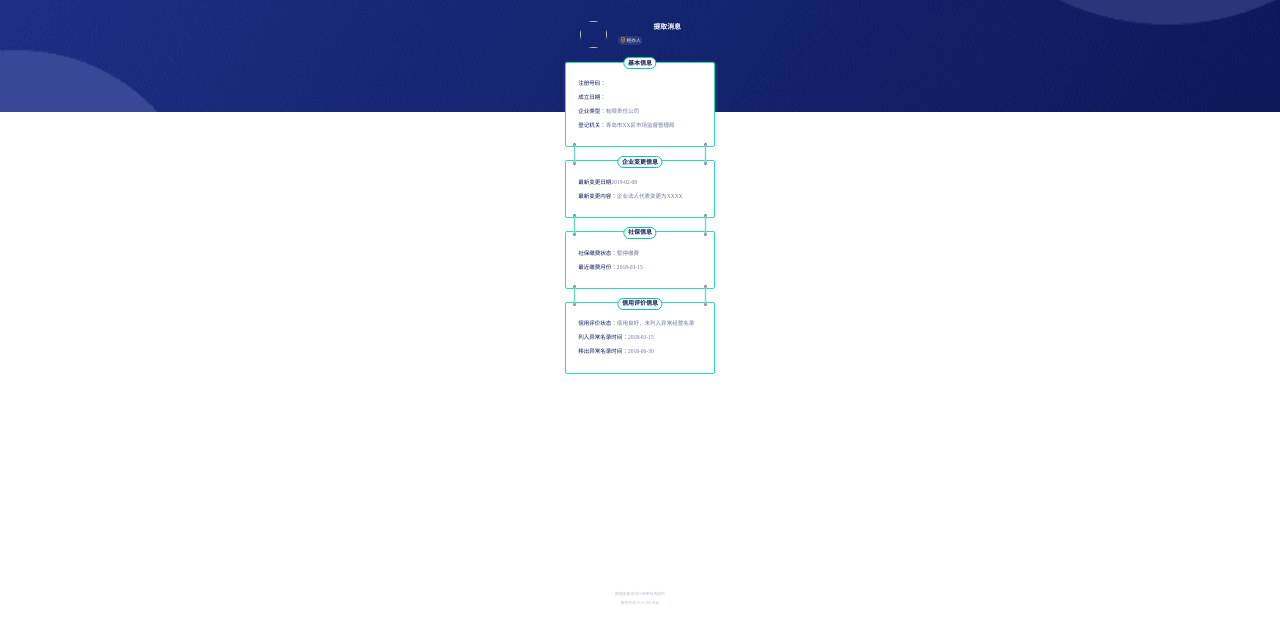
Repository: zlpstart/qingdao-new
Page: /Record
The author's editor kept a copy of each file at every save. The page is drawn from the files as they stood at one save, then again after a run of saves.
The browser window is 1280 px wide. The pictures show the whole page.
The page's requests for data from a server got no answer. Some web fonts or font styles are not loaded; a fallback is used. The project was rebuilt for these pictures with package versions that can differ from the ones it lists, and the page was loaded fresh each time. No one was signed in, and anything a server would have sent is missing. Also part of the build but not shown: src/components/MySpace.vue, src/components/Home.vue, src/components/Enterprise.vue, src/components/Opinion.vue, src/components/Opinion2.vue, src/components/Car.vue, src/components/House.vue, src/components/License.vue and 5 more.

Above is the page before, as saved 2019-09-22 21:52:53.

### public/index.html
<!DOCTYPE html>
<html lang="en">
  <head>
    <meta charset="utf-8">
    <meta http-equiv="X-UA-Compatible" content="IE=edge">
    <meta name="viewport" content="width=device-width,initial-scale=1.0">
    <link rel="icon" href="<%= BASE_URL %>favicon.ico">
    <title></title>
  </head>
  <body>
    <noscript>
      <strong>We're sorry but zlp doesn't work properly without JavaScript enabled. Please enable it to continue.</strong>
    </noscript>
    <div id="app"></div>
    <!-- built files will be auto injected -->
  </body>
</html>

### src/main.js
import Vue from 'vue'
import './plugins/axios'
import App from './App.vue'
import 'lib-flexible'
import router from './router'
import axios from 'axios'


//vuex
import vuex from 'vuex'
Vue.use(vuex)



import 'babel-polyfill'
import Es6Promise from 'es6-promise'
import store from './store'
require('es6-promise').polyfill()
Es6Promise.polyfill()

Vue.config.productionTip = false
Vue.prototype.$ajax = axios


// import VueWechatTitle from 'vue-wechat-title'
// Vue.use(VueWechatTitle)


// 根据路由设置标题
router.beforeEach((to, from, next) => {
  /*路由发生改变修改页面的title */
  if(to.meta.title) {
    document.title = to.meta.title
  }
  next();
})


new Vue({
  router,
  store,
  render: h => h(App)
}).$mount('#app')

### src/App.vue
<template>
  <div id="app">
    <router-view></router-view>
  </div>
</template>

<script>
export default {
  data(){
    return {

    }
  },
}
</script>


<style>
* {
  padding: 0;
  margin:0;
}
  @font-face {
    font-family:'avenir';
    src:url('./assets/NotoSansHans-Medium.otf')
  }
  h1,h2,h3,h4,h5,h6,span,b,i,li,p {
    font-family: avenir
  }
</style>

### src/router.js
import Vue from 'vue'
import Router from 'vue-router'
import MySpace from './components/MySpace'
import Home from './components/Home'
import Enterprise from './components/Enterprise'
import Opinion from './components/Opinion'
import Opinion2 from './components/Opinion2'
import Record from './components/Record'
import Car from './components/Car'
import House from './components/House'
import License from './components/License'
import License2 from './components/License2'
import Footprint from './components/Footprint'
import Record2 from './components/Record2'
import Footprint2 from './components/Footprint2'
import NotFound from './components/NotFound'


Vue.use(Router)

export default new Router({
  mode: 'history',
  routes: [
    {
      path: '/',
      name: 'MySpace',
      component:MySpace,
      meta:{title:'青岛政务通'}
    },
    {
      path: '/Home',
      name: 'Home',
      component:Home,
      meta:{title:'导航栏'}
    },
    {
      path: '/Opinion',
      name: 'Opinion',
      component:Opinion,
      meta:{title:'意见反馈'}
    },
    {
      path: '/Enterprise',
      name: 'Enterprise',
      component:Enterprise,
      meta:{title:'企业空间'}
    },
    {
      path: '/Opinion2',
      name: 'Opinion2',
      component:Opinion2,
      meta:{title:'企业意见反馈'}
    },
    {
      path: '/Record',
      name: 'Record',
      component:Record,
      meta:{title:'我的档案'}
    },
    {
      path: '/Car',
      name: 'Car',
      component:Car,
      meta:{title:'车辆登记信息'}
    },
    {
      path: '/House',
      name: 'House',
      component:House,
      meta:{title:'房屋登记信息'}
    },
    {
      path: '/License',
      name: 'License',
      component:License,
      meta:{title:'我的证照'}
    },
    {
      path: '/Footprint',
      name: 'Footprint',
      component:Footprint,
      meta:{title:'我的足迹'}
    },
    {
      path: '/Record2',
      name: 'Record2',
      component:Record2,
      meta:{title:'企业档案'}
    },
    {
      path: '/Footprint2',
      name: 'Footprint2',
      component:Footprint2,
      meta:{title:'企业足迹'}
    },
    {
      path: '/License2',
      name: 'License2',
      component:License2,
      meta:{title:'企业证照'}
    },
    { /* 404必须是最后一个路由 */
      name: '404',
      path: '*',
      meta: {
          title: '找不到页面'
      },
      component: NotFound
  }
  ]
})

### src/store/index.js
import Vue from 'vue'
import Vuex from 'vuex'
import user from './modules/user'

Vue.use(Vuex)

export default new Vuex.Store({
    modules:{
        user
    }
})

### src/components/Record.vue
<template>
  <div>
    <!-- 个人档案 -->
    <div class="Record" v-if="!show">
      <TopBar></TopBar>
      <div class="header">
        <div class="header_wrap">
          <div class="header_left">
            <img :src="allUser.imgAddr" />
          </div>
          <div class="header_right">
            <div class="header_right_p">
              <p>{{allUser.realName}}</p>
              <p @click="extract">提取消息</p>
            </div>
            <div class="header_right_span">
              <span>
                <img src="../assets/认证.png" alt />
                认证用户
              </span>
              <span>
                <img src="../assets/实名.png" alt />
                已实名
              </span>
            </div>
          </div>
        </div>
      </div>
      <div class="Record_content_box">
        <div :class="{legal_content:changeClass,legal2_content:changeStyle}">
          <div class="legal_title">
            <h1>基本信息</h1>
          </div>
          <ul v-if="tiqu">
            <li>
              <b>身份证号：</b>
              {{allUser.idCode}}
            </li>
            <li>
              <b>手机号码：</b>
              {{allUser.mobile}}
            </li>
            <li>
              <b>户籍地址：</b>中国广东省深圳市宝山区示范新村307号
            </li>
            <li>
              <b>婚姻状况：</b>已婚
            </li>
          </ul>
          <div class="checkbox" v-if="changeStyle">
            <input type="checkbox" v-model="box" value="基本信息" />
          </div>
        </div>
        <div :class="{legal_content:changeClass,legal2_content:changeStyle}">
          <div class="decorate">
            <div class="decorate_left"></div>
            <div class="decorate_right"></div>
          </div>
          <div class="legal_title">
            <h1>资产信息</h1>
          </div>
          <ul v-if="tiqu">
            <li>
              <b>车辆信息：</b>2345986538728485643
            </li>
            <li>
              <b>房产交易登记：</b>18080836752
            </li>
          </ul>
          <div class="checkbox" v-if="changeStyle">
            <input type="checkbox" v-model="box" value="资产信息" />
          </div>
        </div>
        <div :class="{legal_content:changeClass,legal2_content:changeStyle}">
          <div class="decorate">
            <div class="decorate_left"></div>
            <div class="decorate_right"></div>
          </div>
          <div class="legal_title">
            <h1>社保信息</h1>
          </div>
          <ul v-if="tiqu">
            <li>
              <b>缴费状态：</b>参保缴费
            </li>
            <li>
              <b>开始年月：</b>2018-03-15
            </li>
            <li>
              <b>终止年月：</b>2018-09-26
            </li>
          </ul>
          <div class="checkbox" v-if="changeStyle">
            <input type="checkbox" v-model="box" value="社保信息" />
          </div>
        </div>
        <div class="kong"></div>
        <div class="bottom" v-if="changeClass">
          <span></span>
          <p>数据由青岛市行政审批局提供</p>
          <span></span>
          <p>服务热线 0531-8619444</p>
        </div>
      </div>
    </div>
    <div class="footer" v-if="changeStyle">
      <div class="footer_btn1">更多</div>
      <div class="footer_btn2">下载</div>
      <div class="footer_btn3">预览</div>
      <div class="footer_btn4">扫码打印</div>
    </div>

    <!-- 企业档案 -->
    <div class="Record" v-if="show">
      <TopBar></TopBar>
      <div class="header">
        <div class="header_wrap">
          <div class="header_left">
            <img :src="allUser.imgAddr" />
          </div>
          <div class="header_right">
            <div class="header_right_p">
              <p>{{allUser.realName}}</p>
              <p @click="extract">提取消息</p>
            </div>
            <div class="header_right_span">
              <span>
                <img src="../assets/认证.png" alt />
                经办人
              </span>
            </div>
          </div>
        </div>
      </div>
      <div class="Record_content_box">
        <div :class="{legal_content:changeClass,legal2_content:changeStyle}">
          <div class="legal_title">
            <h1>基本信息</h1>
          </div>
          <ul v-if="tiqu">
            <li>
              <b>注册号码：</b>
              {{allUser.idCode}}
            </li>
            <li>
              <b>成立日期：</b>
              {{allUser.mobile}}
            </li>
            <li>
              <b>企业类型：</b>有限责任公司
            </li>
            <li>
              <b>登记机关：</b>青岛市XX区市场监督管理局
            </li>
          </ul>
          <div class="checkbox" v-if="changeStyle">
            <input type="checkbox" v-model="box" value="基本信息" />
          </div>
        </div>
        <div :class="{legal_content:changeClass,legal2_content:changeStyle}">
          <div class="decorate">
            <div class="decorate_left"></div>
            <div class="decorate_right"></div>
          </div>
          <div class="legal_title">
            <h1>企业变更信息</h1>
          </div>
          <ul v-if="tiqu">
            <li>
              <b>最新变更日期</b>2019-02-08
            </li>
            <li>
              <b>最新变更内容：</b>企业法人代表变更为XXXX
            </li>
          </ul>
          <div class="checkbox" v-if="changeStyle">
            <input type="checkbox" v-model="box" value="企业变更信息" />
          </div>
        </div>
        <div :class="{legal_content:changeClass,legal2_content:changeStyle}">
          <div class="decorate">
            <div class="decorate_left"></div>
            <div class="decorate_right"></div>
          </div>
          <div class="legal_title">
            <h1>社保信息</h1>
          </div>
          <ul v-if="tiqu">
            <li>
              <b>社保缴费状态：</b>暂停缴费
            </li>
            <li>
              <b>最近缴费月份：</b>2018-03-15
            </li>
          </ul>
          <div class="checkbox" v-if="changeStyle">
            <input type="checkbox" v-model="box" value="社保信息" />
          </div>
        </div>
        <div :class="{legal_content:changeClass,legal2_content:changeStyle}">
          <div class="decorate">
            <div class="decorate_left"></div>
            <div class="decorate_right"></div>
          </div>
          <div class="legal_title">
            <h1>信用评价信息</h1>
          </div>
          <ul v-if="tiqu">
            <li>
              <b>信用评价状态：</b>信用良好，未列入异常经营名录
            </li>
            <li>
              <b>列入异常名录时间：</b>2018-03-15
            </li>
            <li>
              <b>移出异常名录时间：</b>2018-06-30
            </li>
          </ul>
          <div class="checkbox" v-if="changeStyle">
            <input type="checkbox" v-model="box" value="社保信息" />
          </div>
        </div>
        <div class="kong"></div>
        <div class="kong2"></div>
        <div class="bottom" v-if="changeClass">
          <span></span>
          <p>数据由青岛市行政审批局提供</p>
          <span></span>
          <p>服务热线 0531-8619444</p>
        </div>
      </div>
    </div>
    <div class="footer" v-if="duo1">
      <div class="footer_btn1" @click="more">更多</div>
      <div class="footer_btn2">下载</div>
      <div class="footer_btn3">预览</div>
      <div class="footer_btn4">扫码打印</div>
    </div>
    <div class="gengduo" v-if="duo">
      <div class="gengduo-top">
        <div class="gengduo-top1">
          <div class="gengduo-img">
            <div class="gengduo-img-img" @click="close">
              <img src="../assets/保存.png" align="center" />
            </div>
          </div>
          <p>保存图片</p>
        </div>
        <div class="gengduo-top2">
          <div class="gengduo-img">
            <img src="../assets/转发.png" align="center"/>
          </div>
          <p>保存图片</p>
        </div>
        <div class="gengduo-top3">
          <div class="gengduo-img">
            <img src="../assets/邮件.png" alt align="center"/>
          </div>
          <p>保存图片</p>
        </div>
      </div>
      <div class="gengduo_bottom" >
        <img src="../assets/关闭2.png" alt="" @click="close">
      </div>
    </div>
  </div>
</template>

<script>
import TopBar from "./TopBar";
import { mapGetters, mapActions } from "vuex";

export default {
  name: "Record",
  data() {
    return {
      tiqu: true,
      //正常样式
      changeClass: true,
      //点击样式
      changeStyle: false,
      //多选选中
      box: [],
      duo:false,
      duo1:false
    };
  },
  components: {
    TopBar
  },
  methods: {
    to() {
      this.$router.go(0);
    },
    ...mapActions(["getUsers"]),
    extract() {
      this.changeClass = !this.changeClass;
      this.changeStyle = !this.changeStyle;
      this.duo1 = !this.duo1;
      this.tiqu = !this.tiqu;
      // console.log(this.changeClass);
    },
    more(){
      this.duo = !this.duo
      this.duo1 = !this.duo1
      var footer = document.getElementsByClassName("footer")[0];
      footer.style.display = "none"
      console.log(this.duo)
    },
    close(){
      // var footer = document.getElementsByClassName("footer")[0];
      // footer.style.display = "block"
      console.log(111111)
      this.duo = !this.duo
      this.duo1 = !this.duo1
    },
  },
  created() {
    this.getUsers();
  },
  computed: {
    ...mapGetters(["allUser", "show"])
  }
};
</script>

<style scoped>
* {
  padding: 0;
  margin: 0;
}
.Record {
  height: 100vh;
}
ul {
  list-style: none;
}
a {
  text-decoration: none;
}
body {
  background: #f7faff;
}
.logo {
  width: 100%;
  height: 0.3733rem;
  position: absolute;
  top: 1.0133rem;
}
.logo_left p {
  float: left;
}
.logo_left p:nth-child(1) {
  margin-left: 0.3867rem;
}
.logo_left p:nth-child(2) {
  margin-left: 0.32rem;
}
.logo_left img {
  width: 0.4rem;
  height: 0.4rem;
}
.logo a {
  color: white;
}
.logo_title {
  width: 4.6333rem;
  margin: 0 auto;
  text-align: center;
}
.logo_title p {
  font-size: 0.4rem;
  font-weight: 500;
  color: rgba(255, 255, 255, 1);
}
.header {
  width: 100%;
  height: 1.7067rem;
  position: absolute;
  top: 1.32rem;
}
.header_wrap {
  width: 7.48rem;
  margin: 0 auto;
  padding: 0 0.72rem;
}
.header_left {
  width: 1.7067rem;
  height: 1.7067rem;
  float: left;
  border-radius: 1.7067rem;
  overflow: hidden;
}
.header_left img {
  width: 1.7067rem;
  height: 1.7067rem;
  background-size: 100%;
  overflow: hidden;
}
.header_right {
  width: 2.9rem;
  height: 1.3333rem;
  float: left;
  margin-left: 0.64rem;
}
.header_right_p {
  width: 5.6667rem;
  height: 0.7rem;
}
.header_right_p p {
  font-size: 0.4267rem;
  font-weight: 500;
  color: rgba(255, 255, 255, 1);
  float: left;
}
.header_right_span {
  width: 5.2667rem;
  margin-top: 0.2267rem;
  height: 0.5867rem;
}
.header_right_span img {
  width: 0.2933rem;
  height: 0.3333rem;
  margin-left: 0.0933rem;
}
.header_right_span span {
  padding: 0.0933rem 0.0933rem 0.0933rem 0.0933rem;
  border-radius: 0.32rem;
  background: rgba(255, 255, 255, 0.1);
  float: left;
  margin-left: 0.32rem;
  font-size: 0.2933rem;
  font-weight: 500;
  color: rgba(255, 255, 255, 1);
}
.header_right_span span:nth-child(1) {
  margin-left: 0;
}

.header_right_p p:nth-child(2) {
  width: 1.8533rem;
  font-size: 0.4267rem;
  font-family: PingFangSC;
  font-weight: 600;
  color: rgba(255, 255, 255, 1);
  float: left;
  margin-left: 2.24rem;
}

.decorate {
  width: 8.4267rem;
  padding: 0 0.4267rem;
  position: absolute;
  top: -1.16rem;
  left: 0;
}
.checkbox {
  position: absolute;
  right: -0.7667rem;
}
.checkbox input[type="checkbox"] {
  width: 0.2667rem;
  height: 0.2667rem;
  border: 0.0133rem solid #000;
  border-radius: 50%;
}
.decorate img {
  width: 100%;
  height: 100%;
}
.decorate_left {
  width: 0.24rem;
  background: url("../assets/连接.png") no-repeat center center;
  background-size: 100%;
  height: 1.36rem;
  float: left;
}
.decorate_right {
  width: 0.24rem;
  background: url("../assets/连接.png") no-repeat center center;
  height: 1.36rem;
  background-size: 100%;
  float: right;
}

.Record_content_box {
  width: 100%;
  position: absolute;
  top: 3.0267rem;
  left: 50%;
  transform: translate(-50%);
  margin-bottom: 0.9333rem;
}
.kong {
  width: 100%;
  height: 1rem;
}
.bottom {
  width: 100%;
  height: 1.3333rem;
  line-height: 0.5667rem;
  text-align: center;
}
.bottom p {
  font-size: 0.24rem;
  font-weight: 400;
  color: #babfd4;
}
/* 更改前 */
.legal_content ul li {
  font-size: 0.3467rem;
  font-weight: 400;
  color: #6c7498;
}
.legal_content ul li b {
  font-size: 0.3467rem;
  font-weight: 400;
  color: rgba(11, 24, 86, 1);
}
.legal_content:nth-child(1).decorate {
  display: none;
}
.legal_content {
  width: 8.5067rem;
  background: rgba(255, 255, 255, 1);
  box-shadow: 0.0533rem 0.0533rem 0.2667rem 0rem rgba(173, 206, 255, 0.2);
  border-radius: 0.1333rem;
  border: 0.0133rem solid rgba(0, 206, 159, 0.8);
  margin: 0 auto;
  margin-top: 0.8267rem;
  position: relative;
  padding: 1.0133rem 0 1.0933rem 0.7733rem;
}
.legal_content li:nth-child(1) {
  margin-top: 0;
}
.legal_content li b {
  font-size: 0.3467rem;
  font-weight: 400;
  color: #0b1856;
}
.legal_content li {
  font-size: 0.3467rem;
  font-weight: 400;
  margin-top: 0.3733rem;
  color: rgba(11, 24, 86, 1);
}
.legal_title {
  padding: 0.1033rem 0.2333rem;
  height: 0.42rem;
  background: rgba(250, 252, 255, 1);
  border-radius: 0.36rem;
  border: 0.0267rem solid rgba(0, 206, 159, 1);
  margin: 0 auto;
  line-height: 0.42rem;
  text-align: center;
  position: absolute;
  top: 0.3867rem;
  left: 50%;
  margin-top: -0.36rem;
  transform: translate(-50%, -50%);
  transition: 1s all;
}
.legal_title h1 {
  font-size: 0.3733rem;
  font-family: PingFangSC-Medium;
  color: rgba(11, 24, 86, 1);
}
/* 更改后 */

.legal2_content ul li {
  font-size: 0.3467rem;
  font-weight: 400;
  color: #6c7498;
}
.legal2_content ul li b {
  font-size: 0.3467rem;
  font-weight: 400;
  color: rgba(11, 24, 86, 1);
}
.legal2_content:nth-child(1).decorate {
  display: none;
}
.legal2_content {
  width: 7.5067rem;
  background: rgba(255, 255, 255, 1);
  box-shadow: 0.0533rem 0.0533rem 0.2667rem 0rem rgba(173, 206, 255, 0.2);
  border-radius: 0.1333rem;
  border: 0.0133rem solid rgba(0, 206, 159, 0.8);
  margin: 0 auto;
  transition: 1s all;
  left: -0.5667rem;
  margin-top: 0.8267rem;
  position: relative;
  padding: 1.0133rem 0 1.0933rem 0.7733rem;
}
.legal2_content li:nth-child(1) {
  margin-top: 0;
}
.legal2_content li b {
  font-size: 0.3467rem;
  font-weight: 400;
  color: #0b1856;
}
.legal2_content li {
  font-size: 0.3467rem;
  font-weight: 400;
  margin-top: 0.3733rem;
  color: rgba(11, 24, 86, 1);
}
.legal2_content .legal_title h1 {
  font-size: 0.3733rem;
  font-family: PingFangSC-Medium;
  color: rgba(11, 24, 86, 1);
}
.legal2_content .legal_title {
  padding: 0.1033rem 0.2333rem;
  height: 0.42rem;
  background: rgba(250, 252, 255, 1);
  border-radius: 0.36rem;
  border: 0.0267rem solid rgba(0, 206, 159, 1);
  margin: 0 auto;
  line-height: 0.42rem;
  text-align: center;
  position: absolute;
  top: 1.3867rem;
  left: 50%;
  transition: 1s all;
  margin-top: -0.36rem;
  transform: translate(-50%, -50%);
}
.legal2_content .decorate {
  width: 7.4267rem;
}
.footer {
  width: 100%;
  height: 1.8667rem;
  line-height: 1.8667rem;
  position: fixed;
  bottom: 0;
  background: gray;
}
.footer_btn1,
.footer_btn2,
.footer_btn3 {
  width: 1.6rem;
  height: 0.8rem;
  background: rgba(255, 255, 255, 0.99);
  border-radius: 0.4rem;
  border: 0.0267rem solid rgba(0, 194, 150, 1);
  line-height: 0.8rem;
  float: left;
  text-align: center;
  font-size: 0.3467rem;
  font-family: PingFangSC-Semibold, PingFangSC;
  font-weight: 600;
  color: rgba(0, 194, 150, 1);
  margin-top: 0.32rem;
  margin-left: 0.4267rem;
}

input[type="checkbox"] {
  width: 0.2667rem;
  height: 0.2667rem;
  border: 0.0133rem solid #000;
  border-radius: 50%;
}
.footer_btn4 {
  width: 2.1333rem;
  height: 0.8rem;
  background: rgba(0, 194, 150, 1);
  box-shadow: 0 0.0267rem 0.1333rem 0rem rgba(0, 194, 150, 0.53);
  border-radius: 0.4rem;
  line-height: 0.8rem;
  float: left;
  text-align: center;
  font-size: 0.3467rem;
  font-family: PingFangSC-Semibold, PingFangSC;
  font-weight: 600;
  color: rgba(255, 255, 255, 1);
  margin-top: 0.32rem;
  margin-left: 1.4667rem;
}
.gengduo {
  width: 100%;
  height: 4.9333rem;
  position: fixed;
  z-index: 1;
  bottom: 0;
}
.gengduo-top {
  width: 100%;
  height: 3.2rem;
  background: #ebf1fa;
  display: flex;
  /* justify-content: space-between; */
}
.gengduo_bottom {
  width: 100%;
  height: 1.7333rem;
  line-height: 1.7333rem;
}
.gengduo-top1,
.gengduo-top2,
.gengduo-top3 {
  width: 1.3333rem;
  height: 2.1333rem;
  flex: 1;
  margin-top: 0.6133rem;
  text-align: center;
}
.gengduo-img {
  width: 1.3333rem;
  height: 1.3333rem;
  margin: 0 auto;
}
.gengduo-top1 img {
  width: 100%;
  height: 100%;
}
.gengduo-top2 img {
  width: 100%;
  height: 100%;
}
.gengduo-top3 img {
  width: 100%;
  height: 100%;
}
.gengduo_bottom img {
  width: 0.4267rem;
  height: 0.4267rem;
  margin: 0.6473rem auto;
  display: block;
}
.kong2 {
  width: 100%;
  height: 200.0025px;
}
</style>

### src/store/modules/user.js
import axios from 'axios'

const state ={
    user:[],
    code:"",
    boy:require("../../assets/boy.png"),
    gril:require("../../assets/gril.png"),
    corporation:require("../../assets/corporation.png"),
    show:true
}

const getters = {
    allUser: state => state.user,
    userImg: state => state.img,
    boy: state => state.boy,
    gril: state => state.gril,
    show:state => state.show
}

const mutations = {
    // 更改user信息方法
    setUsers:(state,users) => (state.user = users),
    //获取用户code
    getCode:(state) => {
        let URL = window.location.href  // 获取到当前url
        var b = ""      //准备获取code
        if(URL.indexOf("=")>-1){ //判断url里最后一个=的位置 是否大于0
            b = URL.substring(URL.indexOf("=")+1,URL.length-16)  // 如果大于0 则截取URL的=后字符串
            window.localStorage.setItem("code",b)   //将URL的code 存入localStorage
        }
        state.code = window.localStorage.getItem("code")      //获取到localStorage 里的的code 并存入code变量
    },
}

const actions = {
     async getUsers({commit,state}){
        await commit("getCode")
        axios.get("http://120.55.60.206:18082/api/getUserInfo?code="+state.code) //请求接口
        .then(res => {
            // console.log("成功请求",res)
            res.data.category = 0
            if(res.data.category == 13){
                state.show = true
                // console.log(state.show)
                window.open("/")
                axios.get("http://120.55.60.206:18082/api/getNormalUserDetailInfo?code="+state.code)
                .then(i => {
                    // console.log(i.data)
                    if(i.data.imgAddr == ""){       //判断用户是否上传头像
                        if(i.data.gender == 0){     //判断用户是否是男人
                            i.data.imgAddr = state.boy    //把接口数据的空值 改成本地男生图片路径
                            // console.log(i.data.imgAddr)
                        }else{                      //判断用户是否是女人
                            i.data.imgAddr = state.gril   //把接口数据的空值 改成本地女生图片路径
                            // console.log(i.data.imgAddr)
                        }
                    }
                    commit("setUsers",i.data)
                })
                .catch(j => console.log(j))
            }else {
                state.show = false
                // console.log(state.show)
                window.open("/Enterprise")
                axios.get("http://120.55.60.206:18082/api/getNormalUserDetailInfo?code="+state.code)
                .then(a => {
                    // console.log(a.data)
                    if(a.data.imgAddr == ""){
                        a.data.imgAddr = state.corporation
                    }
                    commit("setUsers",a.data)
                })
                // .catch(b => console.log(b))
            }
            commit("setUsers",res.data)
        })
    }
}

export default {
    state,
    getters,
    mutations,
    actions
}

### src/components/TopBar.vue
<template>
    <div class="TopBar">

    </div>
</template>

<script>
export default {
    name:"TopBar",
    data(){
        return {

        }
    },
    methods:{

    },
}
</script>

<style scoped>
* {
    padding: 0;
    margin: 0;
}
ul {
    list-style: none;
}
a {
    text-decoration: none;
}
body {
    background: #F7FAFF;
}
.TopBar {
    width: 100%;
    height: 7.0267rem;
    background: url("../assets/topbackground.png")no-repeat center center;
    background-size:100%;
}

</style>

Loaded but not shown: src/plugins/axios.js (common file)

After the next 2 saves:
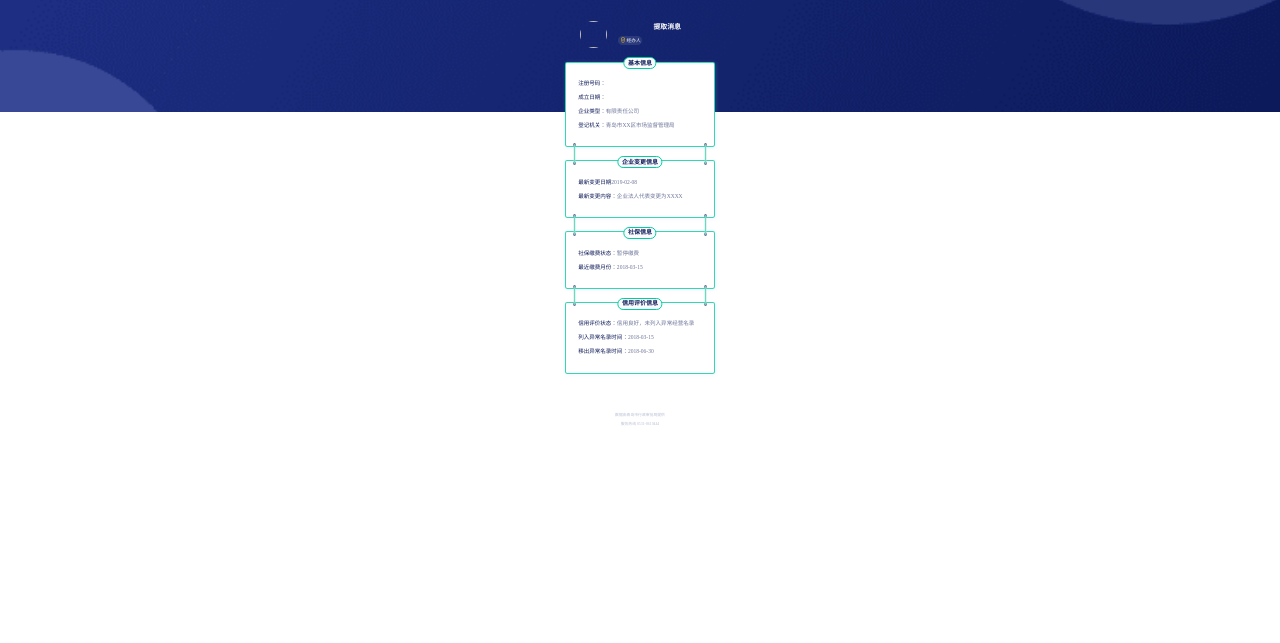
The 2 saves are shown as one change because they came seconds apart.
The last was saved 6 s later.
--- a/src/components/Record.vue
+++ b/src/components/Record.vue
@@ -734,6 +734,6 @@ input[type="checkbox"] {
 }
 .kong2 {
   width: 100%;
-  height: 200.0025px;
+  height: 1.3333rem;
 }
 </style>
